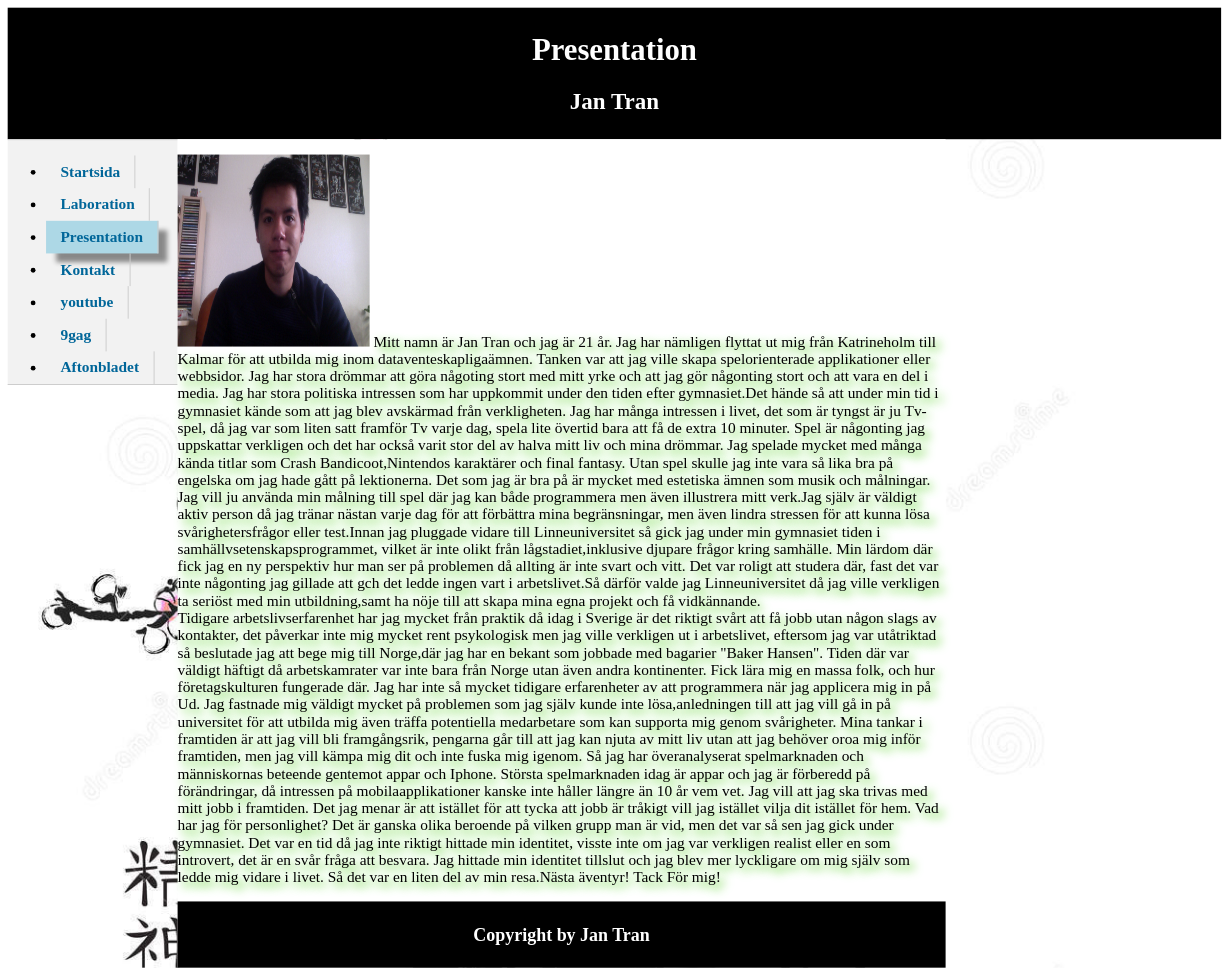
Repository: jt222ic/1ik415-jt222ic-lab-1
Page: pages/presentation.html
The author's editor kept a record of every edit. The page is drawn from the files as they stood at one moment, then again after the next edit.
The browser window is 1280 px wide. The pictures show the whole page, at 96% of full size.

Above is the page before.

### pages/presentation.html
<!DOCTYPE html>
<html lang="sv">

<head>
    <meta charset="utf-8" />
    <title>någonting</title>
    <link rel="stylesheet" href="Csss/style.css" />


</head>

<body>


    <div id="header">
        <h1>Presentation</h1>
        <h2> Jan Tran</h2>
    </div>

    <div id="nav">
        <ul>
            <li><a href="../index.html"> Startsida</a>
            </li>
            <li><a href="laboration.html"> Laboration</a>
            </li>
            <li><a href="presentation.html" class="active"> Presentation</a>
            </li>
            <li><a href="kontakt.html"> Kontakt</a>
            </li>

            <li><a href="https://www.youtube.com">youtube </a>
            </li>
            <li><a href="https://www.9gag.com">9gag</a>
            </li>
            <li><a href="https://www.Aftonbladet.se">Aftonbladet</a>
            </li>
        </ul>
    </div>
    <div id="content">
    <div id="section">
    <div id="background">             </div>
     <div id="img"><p class"img"><img src="jpeg/JanT.jpg" width="200" height="200" alt="bildavJan"/>
            Mitt namn är Jan Tran och jag är 21 år. Jag har nämligen flyttat ut mig från Katrineholm till Kalmar för att utbilda mig inom dataventeskapligaämnen. Tanken var att jag ville skapa spelorienterade applikationer eller webbsidor. Jag har stora drömmar att
            göra någoting stort med mitt yrke och att jag gör någonting stort och att vara en del i media. Jag har stora politiska intressen som har uppkommit under den tiden efter gymnasiet.Det hände så att under min tid i gymnasiet kände som att jag
            blev avskärmad från verkligheten. Jag har många intressen i livet, det som är tyngst är ju Tv-spel, då jag var som liten satt framför Tv varje dag, spela lite övertid bara att få de extra 10 minuter. Spel är någonting jag uppskattar verkligen
            och det har också varit stor del av halva mitt liv och mina drömmar. Jag spelade mycket med många kända titlar som Crash Bandicoot,Nintendos karaktärer och final fantasy. Utan spel skulle jag inte vara så lika bra på engelska om jag hade gått
            på lektionerna. Det som jag är bra på är mycket med estetiska ämnen som musik och målningar. Jag vill ju använda min målning till spel där jag kan både programmera men även illustrera mitt verk.Jag själv är väldigt aktiv person då jag tränar
            nästan varje dag för att förbättra mina begränsningar, men även lindra stressen för att kunna lösa svårighetersfrågor eller test.Innan jag pluggade vidare till Linneuniversitet så gick jag under min gymnasiet tiden i samhällvsetenskapsprogrammet,
            vilket är inte olikt från lågstadiet,inklusive djupare frågor kring samhälle. Min lärdom där fick jag en ny perspektiv hur man ser på problemen då allting är inte svart och vitt. Det var roligt att studera där, fast det var inte någonting
            jag gillade att gch det ledde ingen vart i arbetslivet.Så därför valde jag Linneuniversitet då jag ville verkligen ta seriöst med min utbildning,samt ha nöje till att skapa mina egna projekt och få vidkännande.
            <br>Tidigare arbetslivserfarenhet har jag mycket från praktik då idag i Sverige är det riktigt svårt att få jobb utan någon slags av kontakter, det påverkar inte mig mycket rent psykologisk men jag ville verkligen ut i arbetslivet, eftersom jag
            var utåtriktad så beslutade jag att bege mig till Norge,där jag har en bekant som jobbade med bagarier "Baker Hansen". Tiden där var väldigt häftigt då arbetskamrater var inte bara från Norge utan även andra kontinenter. Fick lära mig en massa
            folk, och hur företagskulturen fungerade där. Jag har inte så mycket tidigare erfarenheter av att programmera när jag applicera mig in på Ud. Jag fastnade mig väldigt mycket på problemen som jag själv kunde inte lösa,anledningen till att jag
            vill gå in på universitet för att utbilda mig även träffa potentiella medarbetare som kan supporta mig genom svårigheter. Mina tankar i framtiden är att jag vill bli framgångsrik, pengarna går till att jag kan njuta av mitt liv utan att jag
            behöver oroa mig inför framtiden, men jag vill kämpa mig dit och inte fuska mig igenom. Så jag har överanalyserat spelmarknaden och människornas beteende gentemot appar och Iphone. Största spelmarknaden idag är appar och jag är förberedd på
            förändringar, då intressen på mobilaapplikationer kanske inte håller längre än 10 år vem vet. Jag vill att jag ska trivas med mitt jobb i framtiden. Det jag menar är att istället för att tycka att jobb är tråkigt vill jag istället vilja dit
            istället för hem. Vad har jag för personlighet? Det är ganska olika beroende på vilken grupp man är vid, men det var så sen jag gick under gymnasiet. Det var en tid då jag inte riktigt hittade min identitet, visste inte om jag var verkligen
            realist eller en som introvert, det är en svår fråga att besvara. Jag hittade min identitet tillslut och jag blev mer lyckligare om mig själv som ledde mig vidare i livet.
            Så det var en liten del av min resa.Nästa äventyr! Tack För mig!



        </p>
</div>
    </div>






    <div id="footer">
        <h3>Copyright by Jan Tran</h3>
    </div>

</div>
</body>

</html>

### pages/Csss/style.css
/* backgrundsbild */

body  {
    background-image: url('../jpeg/China.jpg');

    }
/* text för p typografi */
p{
    color:black;
text-shadow: 5px 5px 10px #41C800;
    font-style: italic, sans-serif;
    text-align:left;




}

/* formulär */
#cform input, #cform textarea, #cform select
{
width:300px;
margin-bottom:20px;
}
#cform textarea { height:100px; }
#cform .checkbox { width:auto; }

.img{
    float:left;
}




/* navigation */

#nav {
      width: 14%;
      float: left;
      margin:0;
      padding: 0;
      list-style: none;
      background-color: #f2f2f2;
      border-bottom: 1px solid #ccc;
      border-top: 1px solid #ccc; }
   #nav li {float:left;
       }
   #nav li a {
      display: block;
      padding: 8px 15px;
      text-decoration: none;
      font-weight: bold;
      color: #069;
      border-right: 1px solid #ccc;
      list-style:none;}
   #nav li a:hover {
       list-style:none;
      color: #c00;
      background-color: #fff; }

      /* nav focus class */





      /* class active */

.active{

        font-weight:bold;
        text-align:left;
        color:black;

         box-shadow: 10px 10px 5px #888888;
         background-color: lightblue;
        /* skuggning för märkning */

    }

    /* content */

    #content{


        background-color:white;

        float:left;
        width: 800px;
    }




    /* header */

    #header {
    background-color:black;
    color:white;
    text-align:center;
    padding:5px;
    }


    /*footer */


    #footer {

    background-color:black;
    color:white;
    clear:both;
    text-align:center;
   padding:5px;
}

#container {
    overflow: auto;
    background-color:grey;
    max-width: 950px;
    margin: 0 auto;

}

After the next edit:
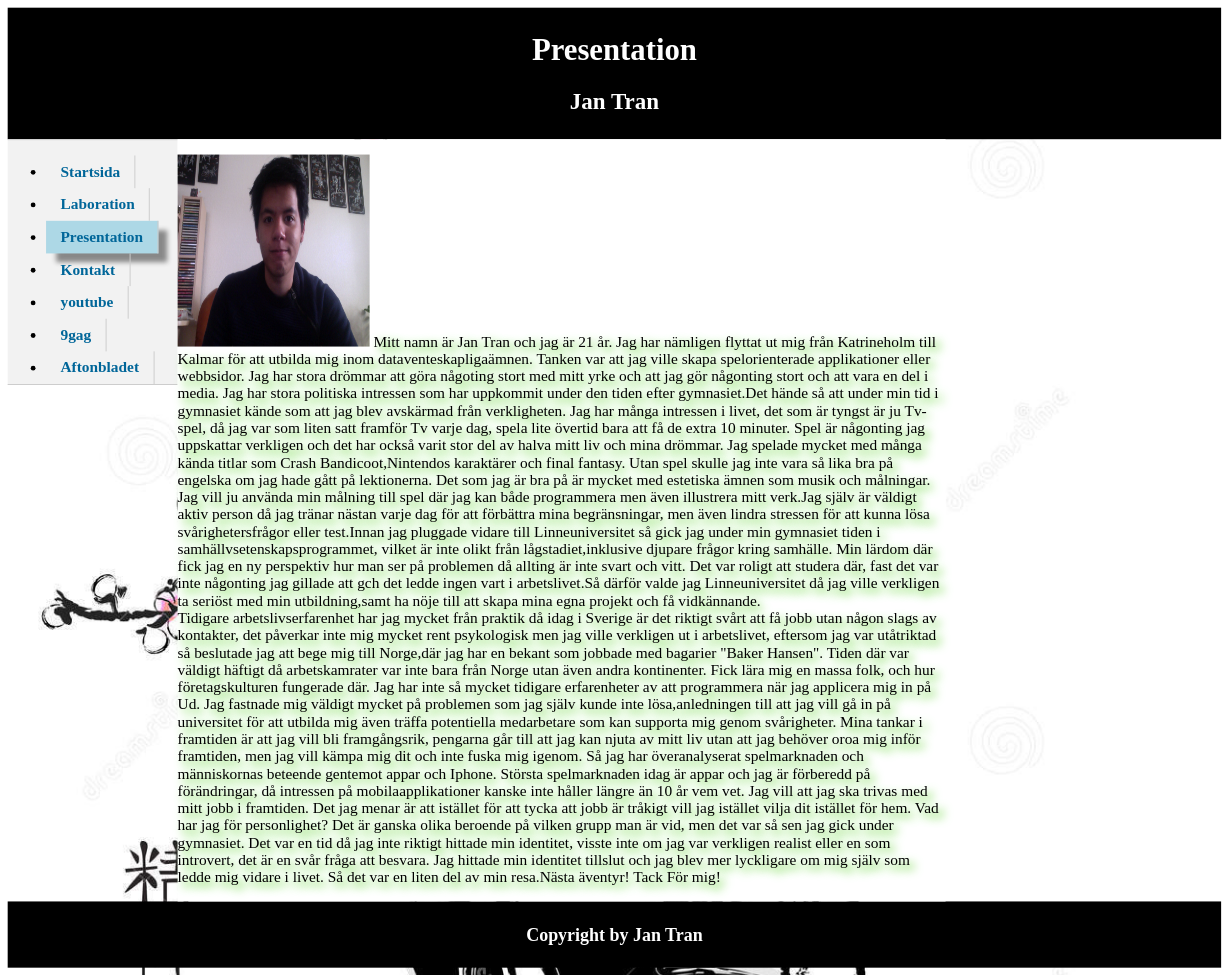
The edit:
--- a/pages/presentation.html
+++ b/pages/presentation.html
@@ -69,11 +69,13 @@
 
 
 
-    <div id="footer">
+
+
+</div>
+<div id="footer">
         <h3>Copyright by Jan Tran</h3>
     </div>
 
-</div>
 </body>
 
 </html>
